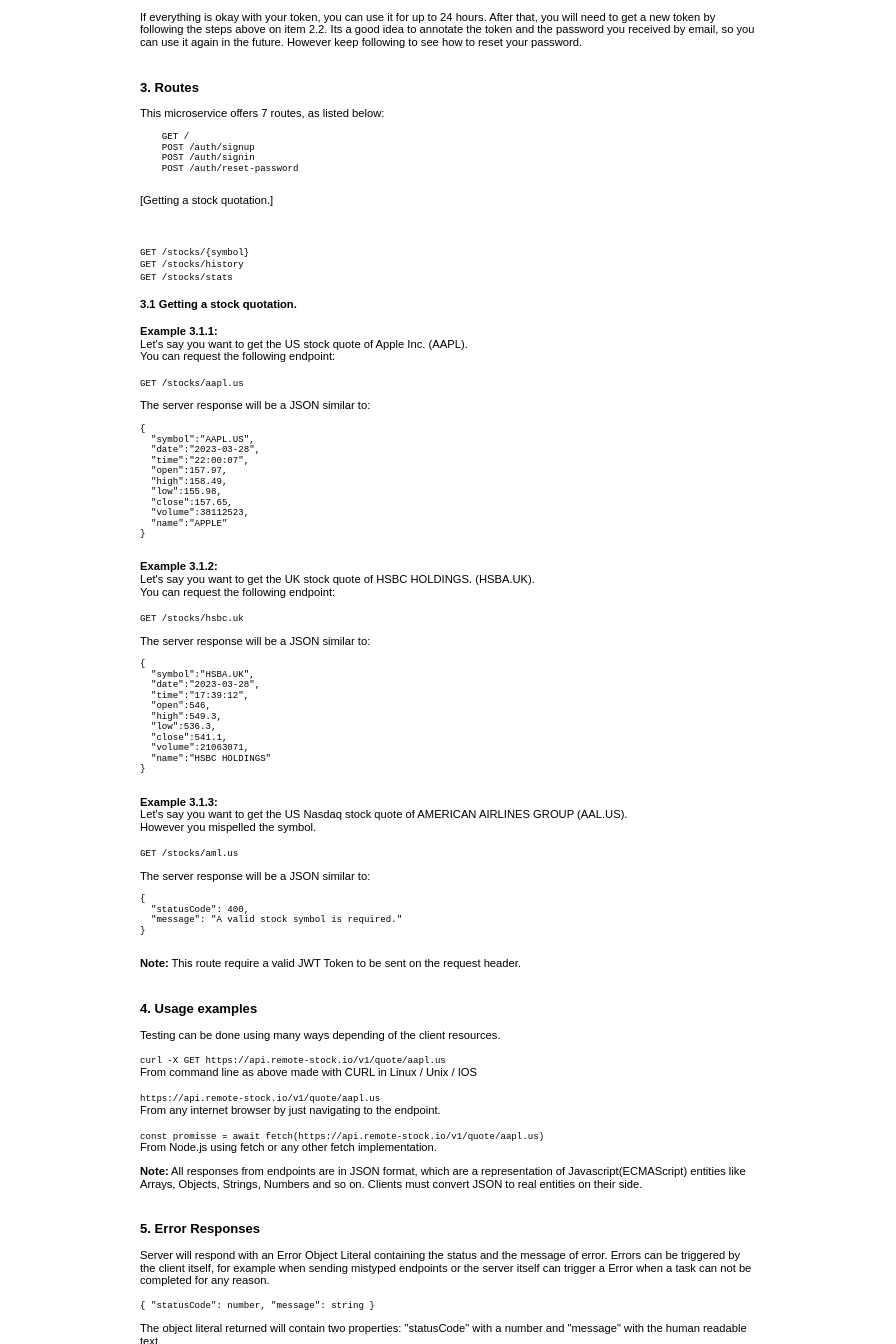
Repository: miguelamello/nest-js
Page: stock-service/documentation.html
These files come from the project's save history. The page is drawn as it stood at one moment and after the next save; the edit follows.
The browser window is 1280 px wide. The pictures show the part of the page from y = 1474 to 3394 px (the page is 3686 px tall before and 3701 px after), at 70% of full size.

Above is the page before, as saved 2023-04-02 21:06:49.

### stock-service/documentation.html
<!DOCTYPE html>
<html lang="en">
<head>
  <meta charset="UTF-8">
  <meta http-equiv="X-UA-Compatible" content="IE=edge">
  <meta name="viewport" content="width=device-width, initial-scale=1.0">
  <title>STOCK QUOTE MICROSERVICE</title>
  <style>
    body {
      font-family: Arial, Helvetica, sans-serif;
      padding: 3% 15%;
    }
    h3 {
      margin-top: 5%;
    }
    pre {
      margin: 0;
      overflow: auto;
    }
  </style>
</head>
<body>
  <h2>STOCK QUOTE MICROSERVICE DOCUMENTATION</h2>
  <p>
    This microservice aims to facilitate the acquisition of stock exchange quotes from various
    companies in US and UK. Please follow the documentation to get a complete understanding
    of how the service works.
  </p>

  <h3>1. Entrypoint</h3>
  <code>https://api.stock-quote.io/v1</code>
  <p>
    All routes starts from the entrypoint above. Accessing this entrypoint will
    retrieve the STOCK QUOTE MICROSERVICE DOCUMENTATION in a friendly presentation,
    as easy to read as this page can be.
  </p>

  <p>If you want for a more detailed documentation, you should navigate to the
    STOCK QUOTE MICROSERVICE SPECIFICATION where you will find more technical
    explanations about the service.
  </p>

  <pre>
GET /spec HTTP/1.1
Host: https://api.stock-quote.io/v1
  </pre>

  <h3>2. Authentication</h3>
  <p>A JSON Web Token (JWT) Authentication is required for some routes on the microservice.
    Below is listed the steps that must be followed to get a valid JWT Token. The token is
    a string similar to the following:
  </p>

  <code>eyJhbGciOiJIUzI1NiIsInR5cCI6IkpXVCJ9.eyJ1c2VybmFtZSI6Im1pZ3VlbGFuZ2Vsb21
    lbGxvQGdtYWlsLmNvbSIsInN1YiI6IjY0Mjg2YmY0ZWE1OTAxNmQwNjg0MTJiYSIsImlhdCI6MTY4MDM3Mjc4OSwiZ
    XhwIjoxNjgwNDU5MTg5fQ.6tP4CUwuBqWPXSu1aLEoy7kCQnCnvEBEXRHDIXUWLNo</code>
  <p>

    <br><div><b>2.1 Signup to the service</b></div><br>

    <pre>
POST /auth/signup HTTP/1.1
Host: https://api.stock-quote.io/v1
Content-Type: application/x-www-form-urlencoded
Content-Length: 35

email=yourname@example.com
    </pre>

    <div>You must send a POST request to <code>/auth/signup</code> with POST BODY containing a valid email.
      You will receive a email with a link to confirm your email address. After the email confirmation,
      another email with your Username and Password will be sent to you. You should use this login
      information to get your JWT Token. Keep following.</div>
    </div>
  </p>

  <p>
    <br><div><b>2.2 Signin to the service</b></div><br>

    <pre>
POST /auth/signin HTTP/1.1
Host: https://api.stock-quote.io/v1
Content-Type: application/x-www-form-urlencoded
Content-Length: 77

email=yourname@example.com&
password=e49015be5ba9752ab634b5649045bc56
    </pre>

    <div>You must send a POST request to <code>/auth/signin</code> with POST BODY containing the
      confirmed email and the password you received by email. If login is valid you will
      receive a response with the JWT Token that you must use to access all the available
      routes on the microservice. The Route response will be a JWT Token similar to bellow.
    </div><br>

    <pre>
{
  "access_token": "eyJhbGciOiJIUzI1NiIsInR5cCI6IkpXVCJ9.eyJ1c2VybmFtZSI6Im1pZ3VlbGFuZ2Vsb21
  lbGxvQGdtYWlsLmNvbSIsInN1YiI6IjY0Mjg2YmY0ZWE1OTAxNmQwNjg0MTJiYSIsImlhdCI6MTY4MDM3Mjc4OSwiZ
  XhwIjoxNjgwNDU5MTg5fQ.6tP4CUwuBqWPXSu1aLEoy7kCQnCnvEBEXRHDIXUWLNo"
}
    </pre>

    <div>Note: You must annotate this token somewhere, since a JWT Token can not be generated
      again with the same hash. If you lose your token, you will have to repeat the steps above
      on item 2.2 to get a new token.
    </div><br>

  </p>

  <p>
    <div><b>2.3 Use the JWT Token to access the routes</b></div><br>

    <pre>
GET /stocks/aapl.us HTTP/1.1
Host: https://api.stock-quote.io/v1
Authorization: Bearer eyJhbGciOiJIUzI1NiIsInR5cCI6IkpXVCJ9.eyJ1c2VybmFtZSI6Im1pZ3VlbGFuZ2Vsb21
lbGxvQGdtYWlsLmNvbSIsInN1YiI6IjY0Mjg2YmY0ZWE1OTAxNmQwNjg0MTJiYSIsImlhdCI6MTY4MDM3Mjc4OSwiZXhwI
joxNjgwNDU5MTg5fQ.6tP4CUwuBqWPXSu1aLEoy7kCQnCnvEBEXRHDIXUWLNo
    </pre>

    <div>Here as an example, a request to the route <code>/stocks/aapl.us</code> is being made.
      You have to pay attention where you send the JWT Token in the request. The right place to
      send is in the HEADER of the request, using the field <code>Authorization:</code> and on the
      value side you write the JWT Token prefixing with <code>Bearer </code> keyword. This is a internet
      Standard for sending JWT Tokens.
    </div><br>

    <div>
      If everything is okay with your token, you can use it for up to 24 hours. After that, you will
      need to get a new token by following the steps above on item 2.2. Its a good idea to annotate
      the token and the password you received by email, so you can use it again in the future. However
      keep following to see how to reset your password.
    </div>
  </p>

  <h3>3. Routes</h3>

  <p>This microservice offers 7 routes, as listed below:</p>

  <pre>
    GET /
    POST /auth/signup
    POST /auth/signin
    POST /auth/reset-password

  </pre>

  <code></code>    [Getting a stock quotation.]<br>
  <code></code><br>
  <code></code><br>
  <code></code><br>
  <code>GET /stocks/{symbol}</code><br>
  <code>GET /stocks/history</code><br>
  <code>GET /stocks/stats</code><br>

  <h4>3.1 Getting a stock quotation.</h4>

  <p>
    <div><b>Example 3.1.1:</b></div>
    <div>Let's say you want to get the US stock quote of Apple Inc. (AAPL).</div>
    <div>You can request the following endpoint:</div><br>
    <code>GET /stocks/aapl.us</code>

    <p>The server response will be a JSON similar to:</p>

    <pre>
{
  "symbol":"AAPL.US",
  "date":"2023-03-28",
  "time":"22:00:07",
  "open":157.97,
  "high":158.49,
  "low":155.98,
  "close":157.65,
  "volume":38112523,
  "name":"APPLE"
}
    </pre>
  </p>
  <p>
    <div><b>Example 3.1.2:</b></div>
    <div>Let's say you want to get the UK stock quote of HSBC HOLDINGS. (HSBA.UK).</div>
    <div>You can request the following endpoint:</div><br>
    <code>GET /stocks/hsbc.uk</code>

    <p>The server response will be a JSON similar to:</p>

    <pre>
{
  "symbol":"HSBA.UK",
  "date":"2023-03-28",
  "time":"17:39:12",
  "open":546,
  "high":549.3,
  "low":536.3,
  "close":541.1,
  "volume":21063071,
  "name":"HSBC HOLDINGS"
}
    </pre>
  </p>

  <p>
    <div><b>Example 3.1.3:</b></div>
    <div>Let's say you want to get the US Nasdaq stock quote of AMERICAN AIRLINES GROUP (AAL.US).</div>
    <div>However you mispelled the symbol.</div><br>
    <code>GET /stocks/aml.us</code>

    <p>The server response will be a JSON similar to:</p>

    <pre>
{
  "statusCode": 400,
  "message": "A valid stock symbol is required."
}
    </pre>

    <p>
      <b>Note:</b> This route require a valid JWT Token to be sent on the request header.
    </p>
  </p>

  <h3>4. Usage examples</h3>

  <p>Testing can be done using many ways depending of the client resources.</p>

  <code>curl -X GET https://api.remote-stock.io/v1/quote/aapl.us</code>
  <div>From command line as above made with CURL in Linux / Unix / IOS</div>
  <br>
  <code>https://api.remote-stock.io/v1/quote/aapl.us</code>
  <div>From any internet browser by just navigating to the endpoint.</div>
  <br>
  <code>const promisse = await fetch(https://api.remote-stock.io/v1/quote/aapl.us)</code>
  <div>From Node.js using fetch or any other fetch implementation.</div>

  <p>
    <b>Note:</b> All responses from endpoints are in JSON format, which are a
    representation of Javascript(ECMAScript) entities like Arrays, Objects,
    Strings, Numbers and so on. Clients must convert JSON to real entities
    on their side.
  </p>

  <h3>5. Error Responses</h3>

  <p>
    Server will respond with an Error Object Literal containing
    the status and the message of error. Errors can be triggered
    by the client itself, for example when sending mistyped endpoints
    or the server itself can trigger a Error when a
    task can not be completed for any reason.
  </p>

  <p>
    <code>{ "statusCode": number, "message": string }</code><br>
    <div>
      The object literal returned will contain two properties:
      "statusCode" with a number and "message" with the human readable text.
    </div>
  </p>

  <p>Exemple Error Message:</p>
  <p>
    <code>
      {"statusCode":400,"message":"Symbol must be a valid quote."}
    </code>
  </p>

  <h3>6. Disclaimer</h3>
  <p>
    This microservice should be used strictly as proposed in this documentation.
    Any usage that is not in accordance with the documentation may result in harmful
    consequences to the user. The authors of this service are not responsible for
    any misuse of the proposed microservice and its consequences. If you have any question,
    suggestion, information regarding the use of this service, please contact
    the authors at <b>developers@remote-stock.io</b>
  </p>

</body>
</html>

After the next save:
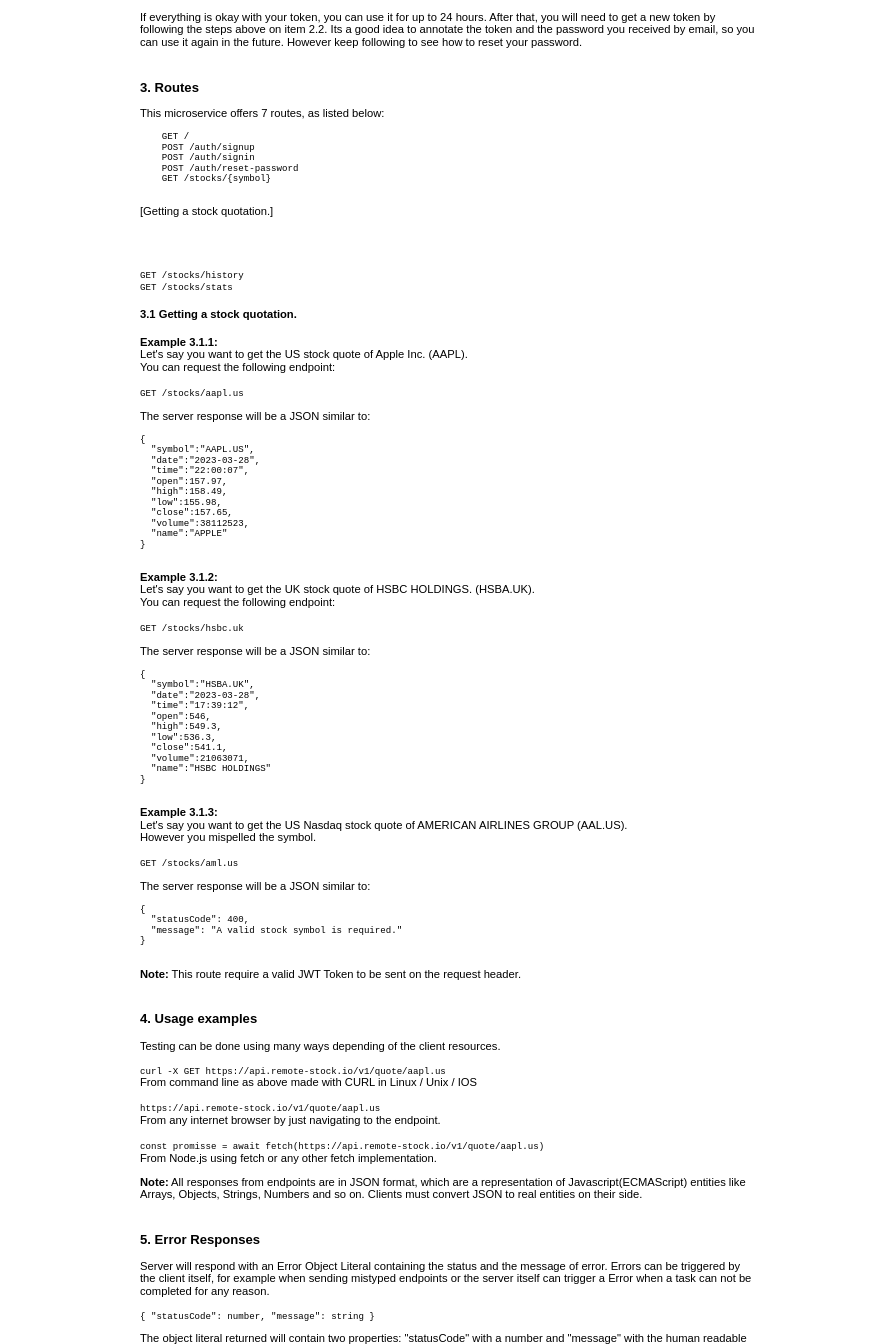
Saved 4 s later.
--- a/stock-service/documentation.html
+++ b/stock-service/documentation.html
@@ -143,6 +143,7 @@ joxNjgwNDU5MTg5fQ.6tP4CUwuBqWPXSu1aLEoy7kCQnCnvEBEXRHDIXUWLNo
     POST /auth/signup
     POST /auth/signin
     POST /auth/reset-password
+    GET /stocks/{symbol}
 
   </pre>
 
@@ -150,7 +151,7 @@ joxNjgwNDU5MTg5fQ.6tP4CUwuBqWPXSu1aLEoy7kCQnCnvEBEXRHDIXUWLNo
   <code></code><br>
   <code></code><br>
   <code></code><br>
-  <code>GET /stocks/{symbol}</code><br>
+  <code></code><br>
   <code>GET /stocks/history</code><br>
   <code>GET /stocks/stats</code><br>
 
